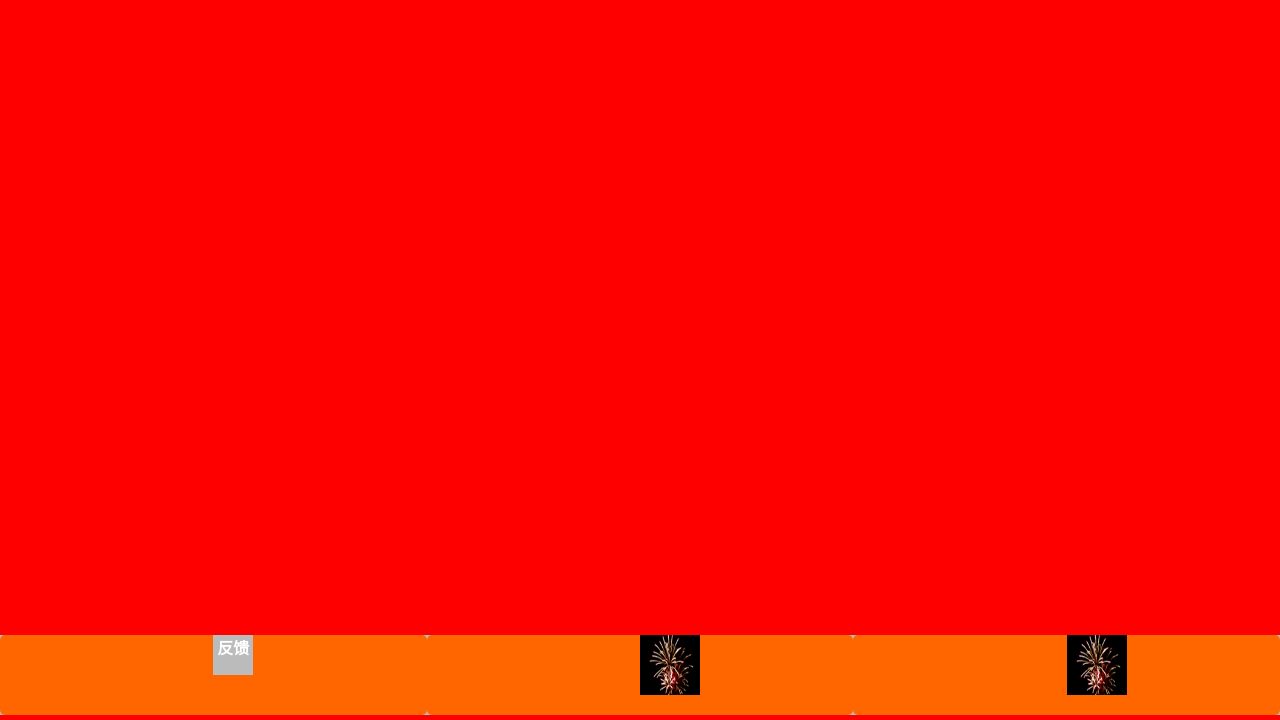
Repository: wangxinjun08231116/Html5Views
Page: WangXinJun/WebContent/htmls/QCF/shouye.html
These files come from the project's save history. The page is drawn as it stood at one moment and after the next save; the edit follows.
The browser window is 1280 px wide. The pictures show the whole page.

Above is the page before, as saved 2015-01-21 09:05:24.

After the next save:
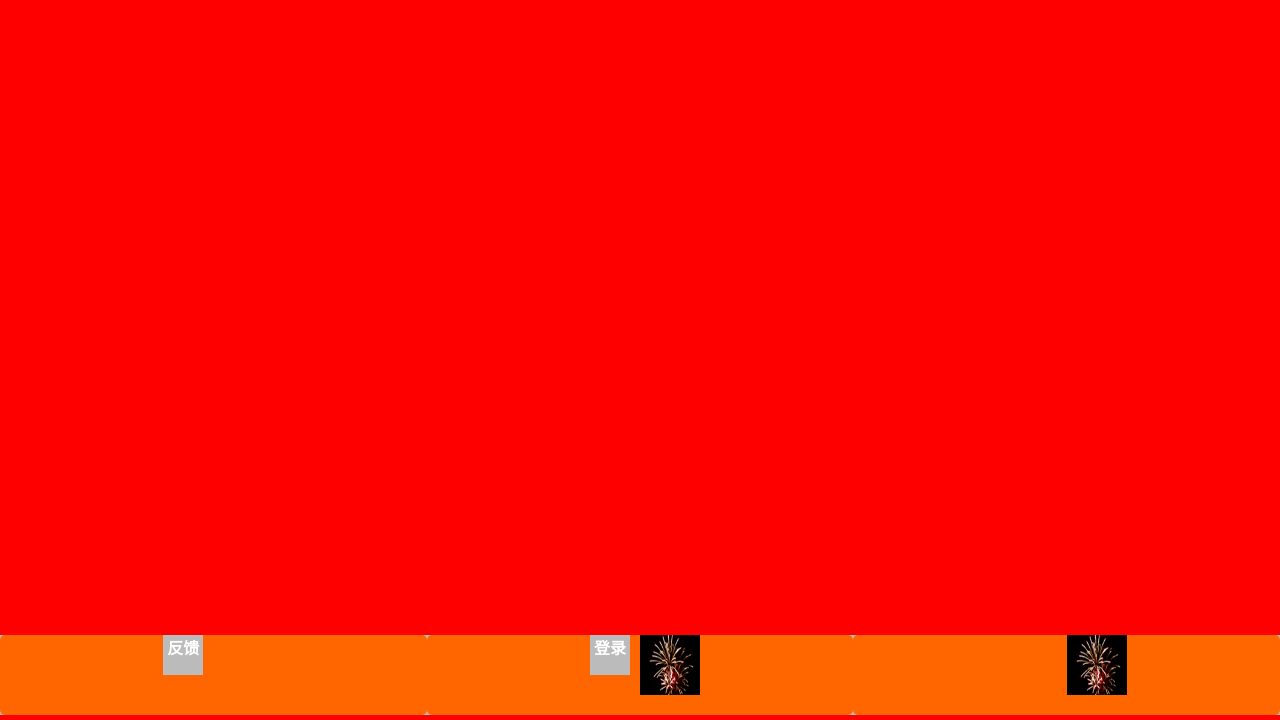
Saved 65 s later.
--- a/WangXinJun/WebContent/css/QCF/shouye.css
+++ b/WangXinJun/WebContent/css/QCF/shouye.css
@@ -59,7 +59,7 @@ body {height:100%;width:100%;
     color: #fff;
     font-weight: bold;
     font-size: 16px;
-    left = -10px;
+    margin-left : -50px;
     text-align:center;
 
 
